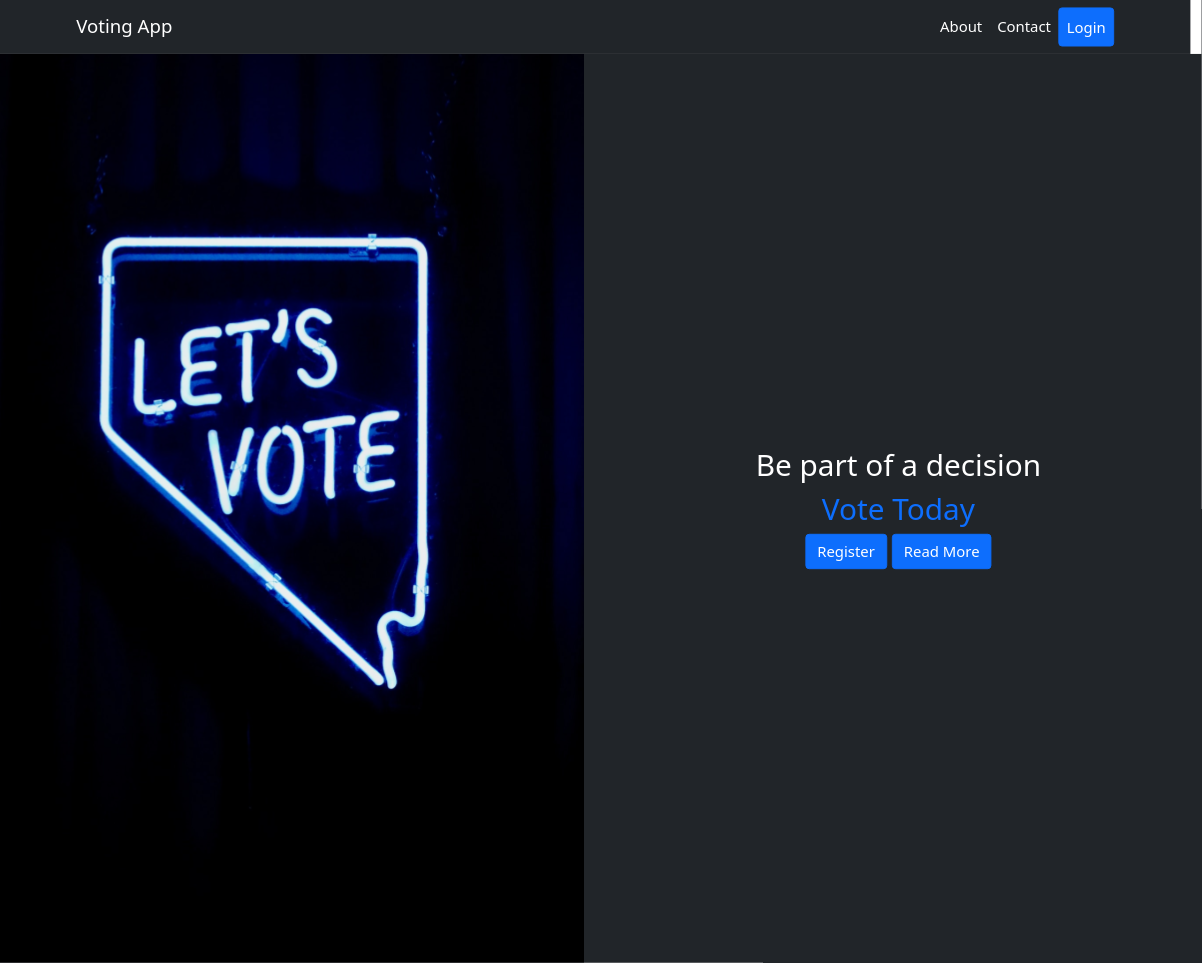
Repository: DavidManiIbrahim/Voting-app
Page: index.html
These files come from the project's save history. The page is drawn as it stood at one moment and after a run of saves; the edit follows.
The browser window is 1280 px wide. The page is 1292 px wide, so the pictures cover 1292 px, including what lies to the right of the window. The pictures show the whole page, at 93% of full size.

Above is the page before, as saved 2025-01-18 03:45:08.

After the next 8 saves:
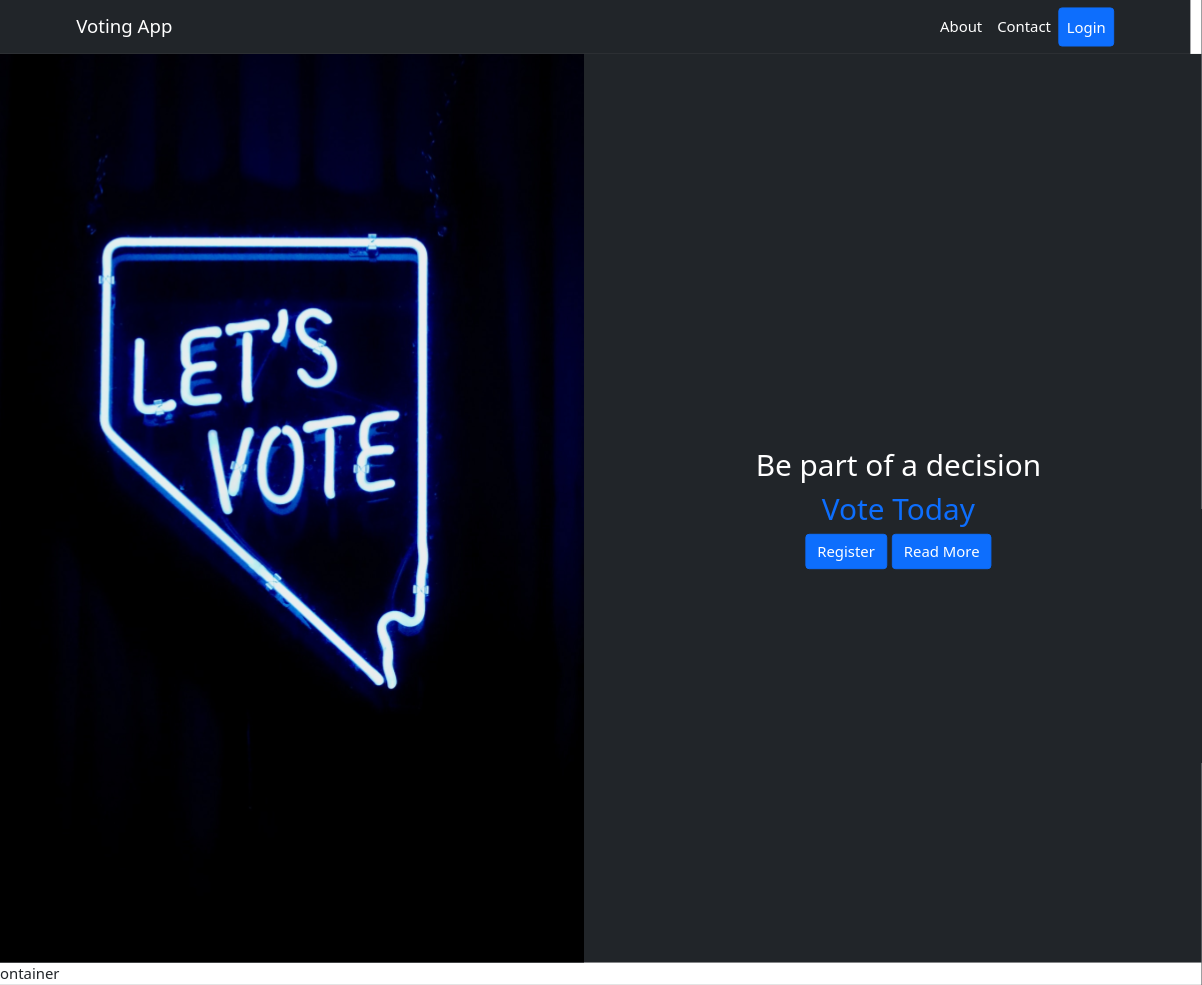
The 8 saves are shown as one change because they came seconds apart.
The last was saved 21 s later.
--- a/index.html
+++ b/index.html
@@ -49,7 +49,9 @@
 
 <!-- About Section -->
 
-
+<div class="row">
+    .container
+</div>
 
 
 

After the 2 saves that followed:
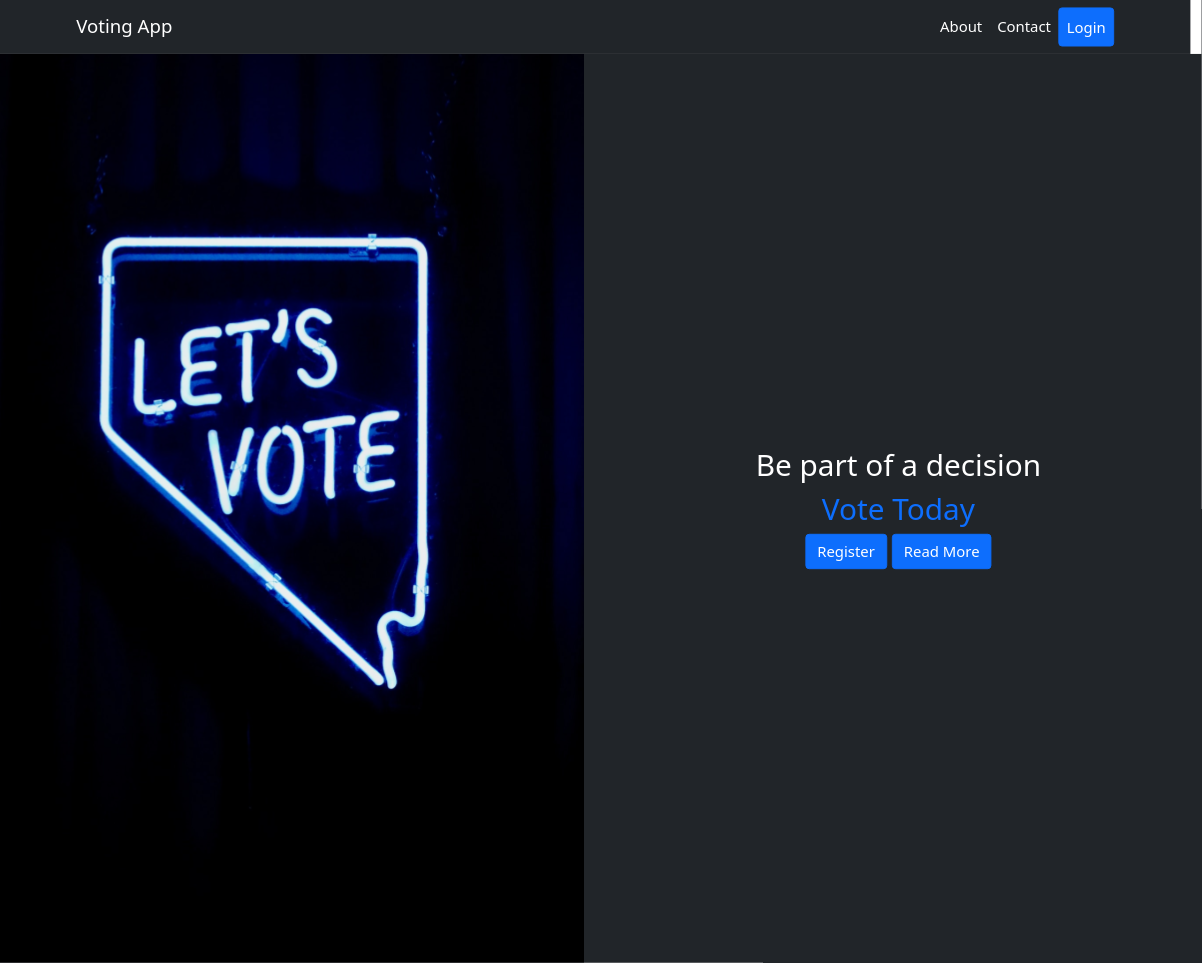
The 2 saves are shown as one change because they came seconds apart.
The last was saved 5 s later.
--- a/index.html
+++ b/index.html
@@ -50,7 +50,9 @@
 <!-- About Section -->
 
 <div class="row">
-    .container
+    <div class="container">
+
+    </div>
 </div>
 
 
